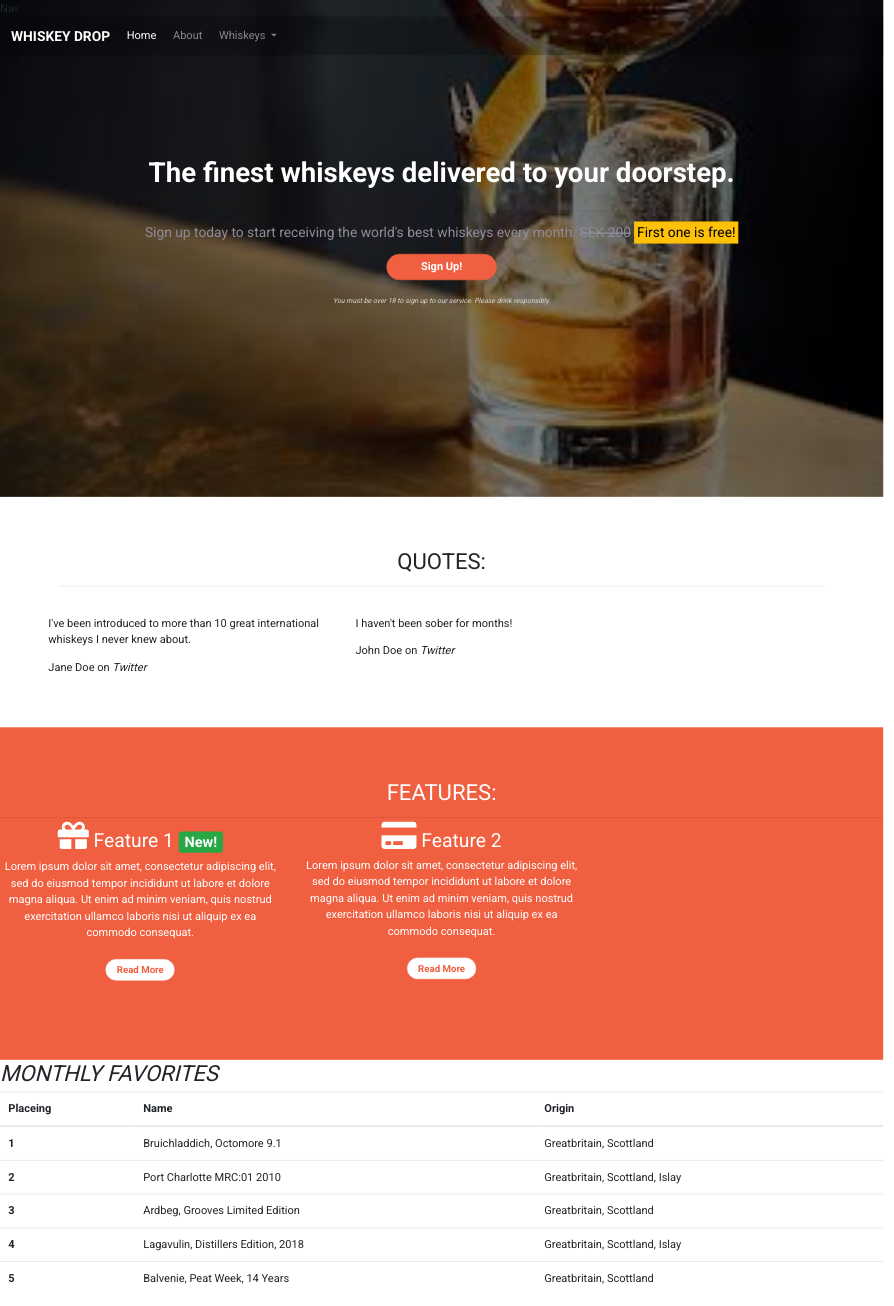
Repository: Jadehammar/Whiskey-drop
Page: index.html
The author's editor kept a record of every edit. The page is drawn from the files as they stood at one moment, then again after the next edit.
The browser window is 1280 px wide. The page is 1295 px wide, so the pictures cover 1295 px, including what lies to the right of the window. The pictures show the whole page, at 69% of full size.
Backgrounds fixed to the window are drawn as part of the page. Some web libraries are served in a nearby version.

Above is the page before.

### index.html
<!DOCTYPE html>
<html lang="en-us">

<head>
    <meta charset="utf-8">
    <meta name="viewport" content="width=device-width, initial-scale=1.0">
    <title>Whiskey Drop | Taste a new whiskey every month</title>
    <link rel="stylesheet" href="https://maxcdn.bootstrapcdn.com/bootstrap/4.1.3/css/bootstrap.min.css">
    <link rel="stylesheet" href="https://use.fontawesome.com/releases/v5.6.1/css/all.css" integrity="sha384-gfdkjb5BdAXd+lj+gudLWI+BXq4IuLW5IT+brZEZsLFm++aCMlF1V92rMkPaX4PP" crossorigin="anonymous">
    <link href="https://fonts.googleapis.com/css?family=Roboto:400,700" rel="stylesheet">
    <link rel="stylesheet" href="css/style.css" type="text/css" />
</head>

<body>
    <div class="container-fluid navalert-container">
        <div class="container-fluid alert-container">
            <div class="row d-none d-sm-">
                <div class="col-12">
                    <div class="site-wide-alert alert-warning">
                        <strong>Sale Now On!</strong> We've got a sale on. Get a 12 month subscription for the price of 6! <a href="">See here for more details</a>
                    </div>
                </div>
            </div>
        </div>
        Nav
        <nav class="navbar navbar-dark navbar-expand-sm">
            <a href="/" class="navbar-brand">
                    Whiskey Drop</a>

            <button class="navbar-toggler ml-auto" type="button" data-toggle="collapse" data-target="#navbarNavDropdown" aria-controls="navbarNavDropdown" aria-expanded="false" aria-label="Toggle navigation">
        <span class="navbar-toggler-icon"></span></button>

            <div class="collapse navbar-collapse" id="navbarNavDropdown">
                <ul class="navbar-nav mr-auto">
                    <li class="active nav-item mr-2"><a class="nav-link" href="/">Home</a></li>
                    <li class="nav-item mr-2"><a class="nav-link" href="">About</a></li>
                    <li class="nav-item dropdown">
                        <a class="nav-link dropdown-toggle" href="#" id="navbarDropdownMenuLink" role="button" data-toggle="dropdown" aria-haspopup="true" aria-expanded="false">
          Whiskeys
        </a>
                        <div class="dropdown-menu" aria-labelledby="navbarDropdownMenuLink">
                            <a class="dropdown-item" href="#">Irish</a>
                            <a class="dropdown-item" href="#">Scotch</a>
                            <a class="dropdown-item" href="#">Japanese</a>
                            <a class="dropdown-item" href="#">American</a>
                        </div>
                    </li>

                    <li class="nav-item mr-2 d- d-sm-none"><a class="nav-link" href="">Sign In / Sign Up</a></li>
                </ul>
            </div>
            <div class="d-none d-md-">
                <p class="navbar-text my-auto mr-2"><i>Great whiskey delivered to your door</i></p>
                <a href="/login" class="btn btn--cta btn--red">Sign In / Sign Up</a>
            </div>
        </nav>
    </div>
    <div class="container-fluid callout-container">
        <!-- Callout -->
        <div class="opaque-overlay">&nbsp;</div>
        <div class="row">
            <div class="col-12">
                <section class="callout jumbotron text-center">
                    <h1 class="jumbotron-header">The finest whiskeys delivered to your doorstep.</h1>
                    <hr class="-divider -divider--orange -divider--short">
                    <p class="lead">Sign up today to start receiving the world's best whiskeys every month.
                        <s class="d-none d-sm-inline">SEK 200</s>
                        <span class="d-inline d-sm-none"><br></span>
                        <span class="-devider-yellow">
                        <strong><mark>First one is free!</mark></strong></p>
                        </span>
                        <p><button class="btn btn--cta btn--red" data-toggle="modal" data-target="#signUpModal">Sign Up!</button ></p>
                    <p class="text-muted"><small>You must be over 18 to sign up to our service. Please drink responsibly.</small></p>
                </section>
            </div>
        </div>
    </div>
    <!-- /.callout -->

    <!-- Quotes -->
    <div class="container-wrapper">
    <div class="container quotes-container content-container">
        <section class="quotes">
            <div class="row">
                <div class="col-12 page-header">
                    <h2 class="text-uppercase">Quotes:</h2>
                    <hr class="-divider -divider--short"
                </div>
            </div>
            <div class="row">
                <div class="col-12 col-md-6">
                    <div class="media">
                        <div class="d-none d-sm-">
                            <img src="images/girl-image.png" class="rounded-circle mr-3" height=100 width=100>
                        </div>
                        <div class="media-body">
                            <quote class="quote">
                                <p>I've been introduced to more than 10 great international whiskeys I never knew about.</p>
                                <footer class="quote-footer">Jane Doe on <cite title="Twitter">Twitter</cite></footer>
                            </quote>
                        </div>
                    </div>
                </div>
                <div class="col-12 col-md-6">
                    <div class="media">
                        <div class="d-none d-sm-">
                            <img src="images/guy-image.png" class="rounded-circle mr-3" height=100 width=100>
                        </div>
                        <div class="media-body">
                            <quote class="quote">
                                <p>I haven't been sober for months!</p>
                                <footer class="quote-footer">John Doe on <cite title="Twitter">Twitter</cite></footer>
                            </quote>
                        </div>
                    </div>
                </div>
            </div>
        </section>
    </div>
    </div>
    <!-- /.quotes -->

    <!-- Features -->
    <div class="container-wrapper container-wrapper--red">
    <div class="features-container content-container">
        <section class="features">
            <div class="row">
                <div class="col-12 page-header">
                    <h2 class="text-uppercase">Features:</h2>
                    <hr class="-devider -devider--short -devider--white">
                </div>
            </div>
            <div class="row">
                <div class="col-12 col-md-6 col-lg-4">
                    <div class="feature">
                        <h3><i class="fas fa-gift d-none d-sm-inline"></i> Feature 1 <span class="badge badge-success">New!</span></h3>
                        <p>Lorem ipsum dolor sit amet, consectetur adipiscing elit, sed do eiusmod tempor incididunt ut labore et dolore magna aliqua. Ut enim ad minim veniam, quis nostrud exercitation ullamco laboris nisi ut aliquip ex ea commodo consequat.</p>
                        <p><a class="btn btn-sm btn-light" href="">Read More</a></p>
                    </div>
                </div>
                <div class="col-12 col-md-6 col-lg-4">
                    <div class="feature">
                        <h3><i class="fas fa-credit-card d-none d-sm-inline"></i> Feature 2</h3>
                        <p>Lorem ipsum dolor sit amet, consectetur adipiscing elit, sed do eiusmod tempor incididunt ut labore et dolore magna aliqua. Ut enim ad minim veniam, quis nostrud exercitation ullamco laboris nisi ut aliquip ex ea commodo consequat.</p>
                        <p><a class="btn btn-sm btn-light" href="">Read More</a></p>
                    </div>
                </div>
                <div class="col-12 d-md-none d-lg- col-lg-4">
                    <div class="feature">
                        <h3><i class="fas fa-times-circle d-none d-sm-inline"></i> Feature 3</h3>
                        <p>Lorem ipsum dolor sit amet, consectetur adipiscing elit, sed do eiusmod tempor incididunt ut labore et dolore magna aliqua. Ut enim ad minim veniam, quis nostrud exercitation ullamco laboris nisi ut aliquip ex ea commodo consequat.</p>
                        <p><a class="btn btn-sm btn-light" href="">Read More</a></p>
                    </div>
                </div>
            </div>
        </section>
        </div>
    </div>
    <!-- /.features -->

    <div class="modal" tabindex="-1" role="dialog" id="signUpModal">
        <div class="modal-dialog" role="document">
            <div class="modal-content">
                <div class="modal-header">
                    <h5 class="modal-title">Sign Up To Whiskey Drop!</h5>
                    <button type="button" class="close" data-dismiss="modal" aria-label="Close">
          <span aria-hidden="true">&times;</span>
        </button>
            </div>
            <div class="modal-body">
                <form>
                    <div class="form-group">
                        <label for="exampleInputEmail1">Email address</label>
                        <input type="email" class="form-control" id="exampleInputEmail1" aria-describedby="emailHelp" placeholder="Enter email">
                        <small id="emailHelp" class="form-text text-muted">We'll never share your email with anyone else.</small>
                    </div>
                    <div class="form-group">
                        <label for="password">Password</label>
                        <input type="password" class="form-control" id="password" placeholder="Password">
                    </div>
                    <div class="form-group">
                        <label for="repeatPassword">Repeat Password</label>
                        <input type="password" class="form-control" id="repeatPassword" placeholder="Repeat Password">
                    </div>
                    <button type="submit" class="btn btn-success">Submit</button>
                </form>
            </div>
        </div>
    </div>
    </div>

    <!--table-->
    <section class="Favorites">
        <h2 class="text-uppercase font-italic">Monthly favorites</h2>
        <div class="Favorites">
            <table class="table table-hover">
                <thead>
                    <tr>
                        <th scope="col">Placeing</th>
                        <th scope="col">Name</th>
                        <th scope="col">Origin</th>
                    </tr>
                </thead>
                <tbody>
                    <tr>
                        <th scope="row">1</th>
                        <td>Bruichladdich, Octomore 9.1</td>
                        <td>Greatbritain, Scottland</td>
                    </tr>
                    <tr>
                        <th scope="row">2</th>
                        <td>Port Charlotte MRC:01 2010 </td>
                        <td>Greatbritain, Scottland, Islay</td>
                    </tr>
                    <tr>
                        <th scope="row">3</th>
                        <td>Ardbeg, Grooves Limited Edition</td>
                        <td>Greatbritain, Scottland</td>
                    </tr>
                    <tr>
                        <th scope="row">4</th>
                        <td>Lagavulin, Distillers Edition, 2018</td>
                        <td>Greatbritain, Scottland, Islay</td>
                    </tr>
                    <tr>
                        <th scope="row">5</th>
                        <td>Balvenie, Peat Week, 14 Years</td>
                        <td>Greatbritain, Scottland</td>
                    </tr>
                </tbody>
            </table>
        </div>
    </section>
    <!--table/.-->
    </div>

    <!--Modal-->

    <div class="modal" tabindex="-1" role="dialog" id="SignUpModal">
        <div class="modal-dialog" role="document">
            <div class="modal-content">
                <div class="modal-header">
                    <h5 class="modal-title">Sign Up to Whiskey drop!</h5>
                    <button type="button" class="close" data-dismiss="modal" aria-label="Close">
          <span aria-hidden="true">&times;</span>
        </button>
                </div>
                <div class="modal-body">
                    <form>
                        <div class="form-group">
                            <label for="exampleInputEmail1">Email address</label>
                            <input type="email" class="form-control" id="exampleInputEmail1" aria-describedby="emailHelp" placeholder="Enter email">
                            <small id="emailHelp" class="form-text text-muted">We'll never share your email with anyone else. Only sell it.</small>
                        </div>
                        <div class="form-group">
                            <label for="Password">Password</label>
                            <input type="password" class="form-control" id="Password" placeholder="Password">
                        </div>
                        <div class="form-group">
                            <label for="RepeatPassword">Repeat Password</label>
                            <input type="password" class="form-control" id="RepeatPassword" placeholder="Repeat Password">
                        </div>
                        <button type="submit" class="btn btn-success">Submit</button>
                    </form>
                </div>
            </div>
        </div>
    </div>
    <script src="https://code.jquery.com/jquery-3.3.1.slim.min.js" integrity="sha384-q8i/X+965DzO0rT7abK41JStQIAqVgRVzpbzo5smXKp4YfRvH+8abtTE1Pi6jizo" crossorigin="anonymous"></script>
    <script src="https://cdnjs.cloudflare.com/ajax/libs/popper.js/1.14.7/umd/popper.min.js" integrity="sha384-UO2eT0CpHqdSJQ6hJty5KVphtPhzWj9WO1clHTMGa3JDZwrnQq4sF86dIHNDz0W1" crossorigin="anonymous"></script>
    <script src="https://stackpath.bootstrapcdn.com/bootstrap/4.3.1/js/bootstrap.min.js" integrity="sha384-JjSmVgyd0p3pXB1rRibZUAYoIIy6OrQ6VrjIEaFf/nJGzIxFDsf4x0xIM+B07jRM" crossorigin="anonymous"></script>
</body>

</html>

### css/style.css
body {
    font-family: 'Roboto', sans-serif;
}

.container-wrapper {

}

.container-wrapper--red {
    background-color: #f05f40;
    color: white;
}

.mark,
mark {
    padding: .2em;
    background-color: #ffc107;
}

.alert-container .col-12 {
    padding-left: 0;
    padding-right: 0;
}

.site-wide-alert {
    border-radius: 0;
    padding: 5px 15px;
    color: #856404;
    background-color: #ffc107;
    border-color: #ffc107;
}

.callout-container {
    height: 100vh;
    background: url("../images/whiskey.jpg") no-repeat bottom right fixed;
    -webkit-background-size: cover;
    -moz-background-size: cover;
    -o-background-size: cover;
    background-size: cover;

    display: flex;
    align-items: center;
    justify-content: center;

    position: relative;
}

.quotes-container {}

.features-container {}

.opaque-overlay {
    position: absolute;
    top: 0;
    left: 0;
    height: 100%;
    width: 100%;
    background-color: rgba(0, 0, 0, 0.5);
}

/*Block-dividers*/

.block-divider {
    width: 75px;
    height: 6px;
    border: 0;
}

.block-divider--yellow {
    background-color: #f1ce19
}

.block-divider--orange {
    background-color: #f05f40;
}

.block-divider--short {
    height: 6px;
    border: 0px;
    margin-top: 25px;
    border-radius: 20px;
    width: 90px;
    background-color: #aeaeaa;
}

.block-divider--white {
    background-color: white;
    margin-top: 25px;
    border-radius: 20px;
    width: 90px;
    margin-bottom: 40px;
}

/*Content containers*/

.content-container {
    padding-bottom: 75px;
    padding-top: 75px;
}


/*jumbotron*/

.jumbotron {
    background-color: transparent;
}

.jumbotron small {
    font-size: 10px;
    font-style: italic;
    color: #dad9d3;
}

.jumbotron .lead {
    color: #8f8c98;

}

.jumbotron-header {
    color: white;
    font-weight: bold;
    margin-bottom: 30px;
}

/*navbar*/

.navalert-container {
    position: absolute;
    top: 0;
    left: 0;
    padding-left: 0;
    padding-right: 0;
    z-index: 1;
}

.navbar {
    margin-bottom: 0;
    border: 0;
    background-color: rgba(0, 0, 0, 0.25)
}

.navbar .navbar-toggler {
    border: 0;
}

.navbar-brand {
    text-transform: uppercase;
    font-weight: bold;
}

.navbar navbar-nav a {
    font-weight: bold;

}

/*Buttons*/

.btn--cta {
    font-weight: bold;
    border-radius: 23px;
    width: 160px;
}

.btn--red {
    color: white;
    background-color: #f05f40;
    border-color: #f05f40;
}

.btn-warning {
    color: #212529;
    background-color: #ffc107;
    border-color: #ffc107;
}

.btn-primary.fn:hover {
    margin-left: 0px;
    background-color: green;
    transition: color .5s ease,background-color .5s ease-out;
    transition: border .5s ease, background-color .5s ease-out;
    text-transform: none;
    border: 1px;
    color: #ffffff;
}

/*page-headers*/

.page-header {
    margin-bottom: 0;
    border-bottom: 0;
    text-align: center;
}

.page-header h2 {
    margin-top: 0;
}

.quotes .page-header {
    margin-bottom: 25px;
}

.feature {
    text-align: center;
    margin-bottom: 40px;
}

.feature i {
    margin-bottom: 20px;
    font-size: 45px;
    line-height: 20px;
}

.feature .btn {
    background-color: white;
    border-radius: 15px;
    min-width: 100px;
    font-weight: bold;
    margin-top: 10px;
    color: #f05f40;
}

After the next edit:
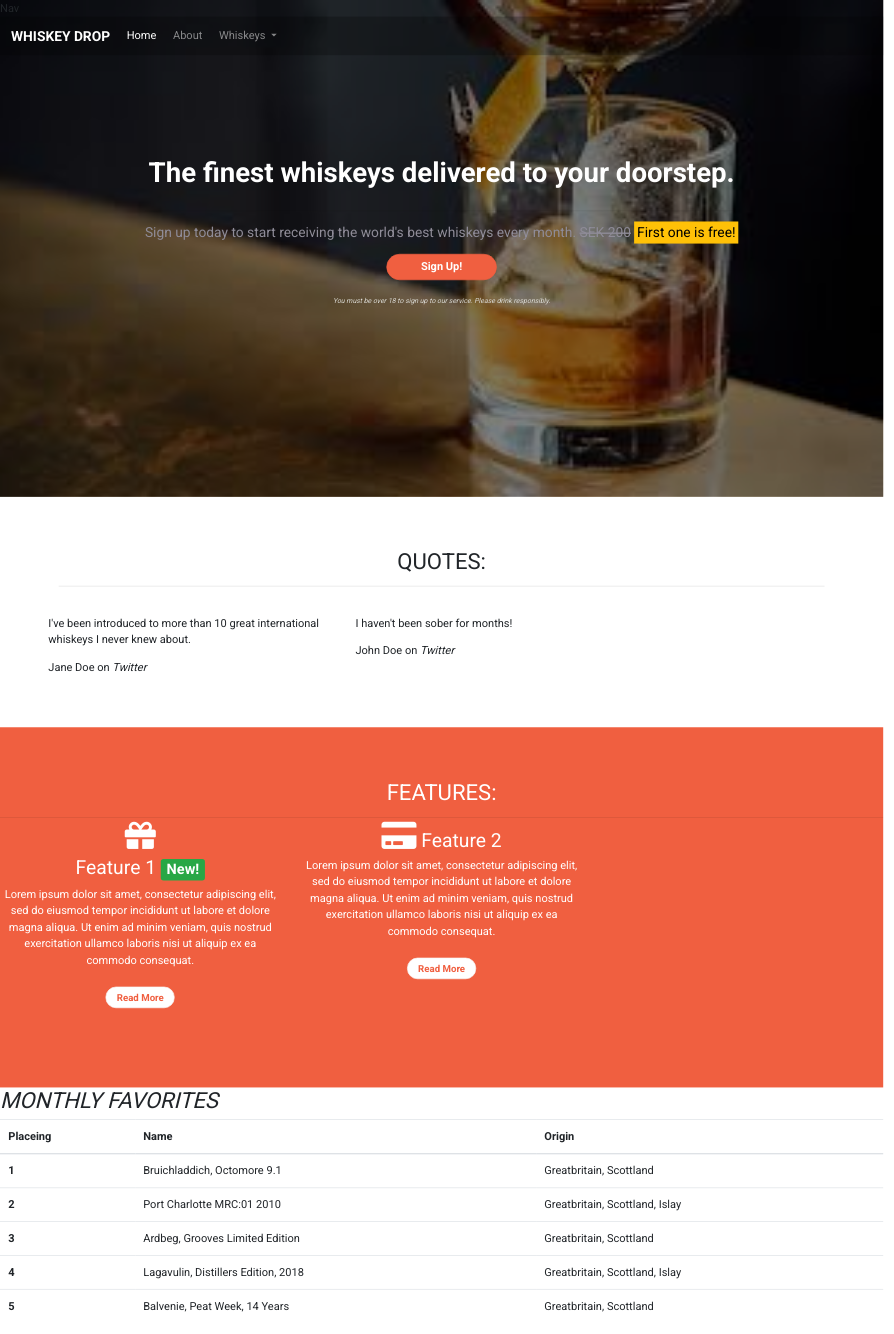
The edit:
--- a/index.html
+++ b/index.html
@@ -133,7 +133,7 @@
             <div class="row">
                 <div class="col-12 col-md-6 col-lg-4">
                     <div class="feature">
-                        <h3><i class="fas fa-gift d-none d-sm-inline"></i> Feature 1 <span class="badge badge-success">New!</span></h3>
+                        <h3><i class="fas fa-gift d-none d-sm-block"></i> Feature 1 <span class="badge badge-success">New!</span></h3>
                         <p>Lorem ipsum dolor sit amet, consectetur adipiscing elit, sed do eiusmod tempor incididunt ut labore et dolore magna aliqua. Ut enim ad minim veniam, quis nostrud exercitation ullamco laboris nisi ut aliquip ex ea commodo consequat.</p>
                         <p><a class="btn btn-sm btn-light" href="">Read More</a></p>
                     </div>
